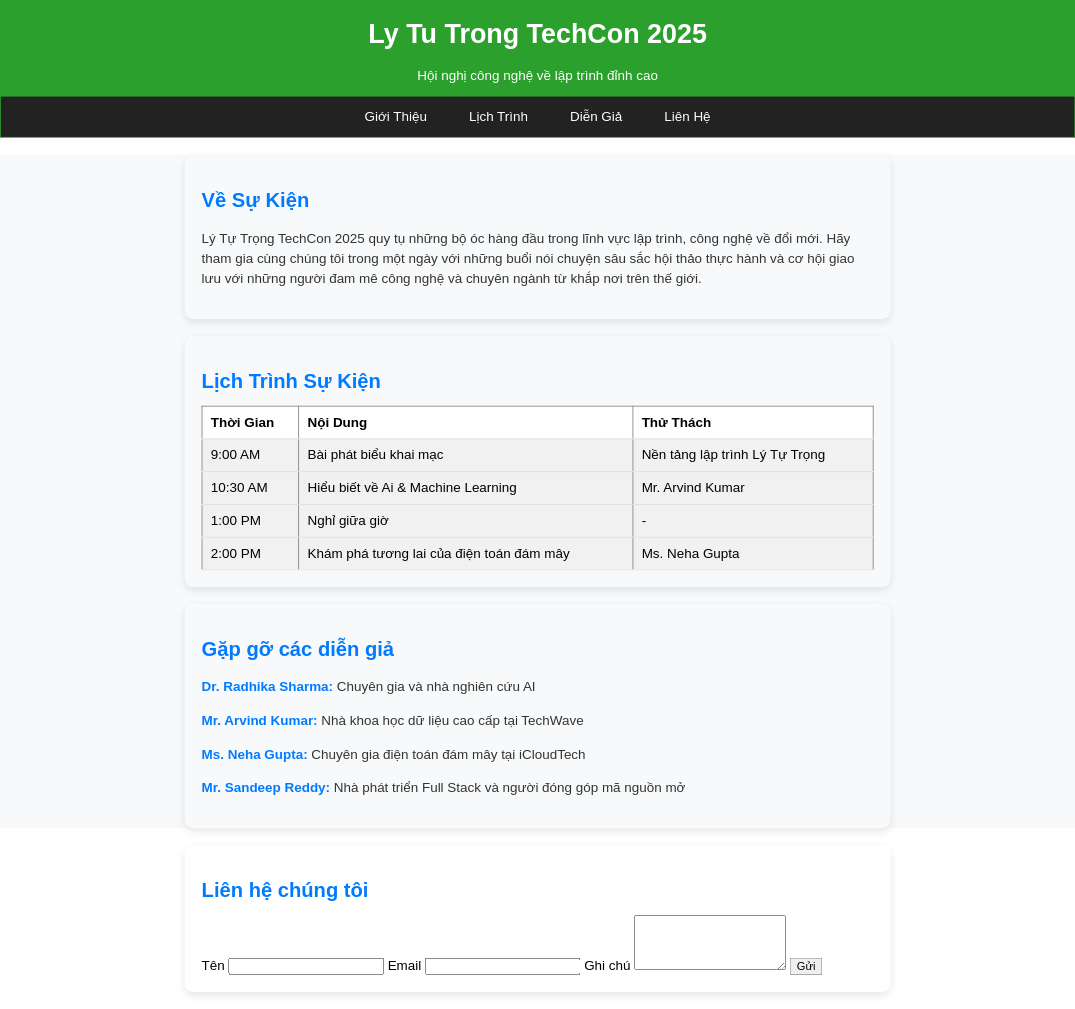
Repository: NhatMinh121/BaiTapVeNha1
Page: index.html
The author's editor kept a copy of each file at every save. The page is drawn from the files as they stood at one save, then again after the next save.
The browser window is 1280 px wide. The pictures show the whole page, at 84% of full size.

Above is the page before, as saved 2025-03-28 23:19:43.

### index.html
<!DOCTYPE html>
<html lang="en">

<head>
    <meta charset="UTF-8">
    <meta name="viewport" content="width=device-width, initial-scale=1.0">
    <title>Lý Tự Trọng TechCon 2025</title>
    <link rel="stylesheet" href="style.css">
</head>

<body>
    <header>
        <h1>Ly Tu Trong TechCon 2025</h1>
        <p>Hội nghị công nghệ về lập trình đỉnh cao</p>
        <div class="menu">
            <nav>
                <ul>
                    <li>Giới Thiệu</li>
                    <li>Lịch Trình</li>
                    <li>Diễn Giả</li>
                    <li>Liên Hệ</li>
                </ul>
            </nav>
        </div>

    </header>
    <main>
        <div class="main-event">
            <h2>Về Sự Kiện</h2>
            <p>Lý Tự Trọng TechCon 2025 quy tụ những bộ óc hàng đầu trong lĩnh vực lập trình, công nghệ về đổi mới. Hãy tham gia cùng chúng tôi trong một ngày với những buổi nói chuyện sâu sắc hội thảo thực hành và cơ hội giao lưu với những người đam mê
                công nghệ và chuyên ngành từ khắp nơi trên thế giới.</p>
        </div>
        <div class="main-schedule">
            <h2>Lịch Trình Sự Kiện</h2>
            <table border="1">
                <tr>
                    <td>Thời Gian</td>
                    <td>Nội Dung</td>
                    <td>Thử Thách</td>
                </tr>
                <tr>
                    <th>9:00 AM</th>
                    <th>Bài phát biểu khai mạc</th>
                    <th>Nền tảng lập trình Lý Tự Trọng</th>
                </tr>
                <tr>
                    <th>10:30 AM</th>
                    <th>Hiểu biết về Ai & Machine Learning</th>
                    <th>Mr. Arvind Kumar</th>
                </tr>
                <tr>
                    <th>1:00 PM</th>
                    <th>Nghỉ giữa giờ</th>
                    <th>-</th>
                </tr>
                <tr>
                    <th>2:00 PM</th>
                    <th>Khám phá tương lai của điện toán đám mây</th>
                    <th>Ms. Neha Gupta</th>
                </tr>
            </table>
        </div>
        <div class="Meeting">
            <h2>Gặp gỡ các diễn giả</h2>
            <p><strong>Dr. Radhika Sharma:</strong> Chuyên gia và nhà nghiên cứu AI</p>
            <p><strong>Mr. Arvind Kumar:</strong> Nhà khoa học dữ liệu cao cấp tại TechWave</p>
            <p><strong>Ms. Neha Gupta:</strong> Chuyên gia điện toán đám mây tại iCloudTech</p>
            <p><strong>Mr. Sandeep Reddy:</strong> Nhà phát triển Full Stack và người đóng góp mã nguồn mở</p>
        </div>
    </main>

    <footer>
        <div class="footer-contract">
            <h2>Liên hệ chúng tôi</h2>
            <form action="#" method="post">
                <label for="name">Tên</label>
                <input type="text" id="name" name="name" required>
                <label for="email">Email</label>
                <input type="email" id="email" name="email" required>
                <label for="message">Ghi chú</label>
                <textarea id="message" name="message" rows="4" required></textarea>
                <button type="submit" value="Gửi">Gửi</button>
            </form>
        </div>

    </footer>

</body>

### style.css
body {
    margin: 0;
    padding: 0;
    box-sizing: border-box;
    font-family: Arial, sans-serif;
}

header {
    background-color: #2ca02c;
    color: white;
    padding: 1px;
    text-align: center;
}

.menu {
    background-color: #222;
    padding: 10px 5px;
}

.menu ul {
    list-style: none;
    padding: 0;
    margin: 0;
    display: flex;
    justify-content: center;
    gap: 20px;
}

.menu ul li {
    color: white;
    text-decoration: none;
    font-size: 16px;
    cursor: pointer;
    padding: 5px 15px;
    transition: background 0.3s;
}

.menu ul li:hover {
    background-color: #444;
    border-radius: 5px;
}

main {
    background-color: #f8f9fa;
}

.main-event {
    padding: 20px;
    border-radius: 10px;
    box-shadow: 0px 4px 10px rgba(0, 0, 0, 0.1);
    max-width: 800px;
    margin: 20px auto;
}

.main-event h2 {
    color: #007bff;
    font-size: 24px;
    font-weight: bold;
}

.main-event p {
    font-size: 16px;
    line-height: 1.5;
    color: #333;
}

.main-schedule {
    padding: 20px;
    border-radius: 10px;
    box-shadow: 0px 4px 10px rgba(0, 0, 0, 0.1);
    max-width: 800px;
    margin: 20px auto;
}

.main-schedule h2 {
    color: #007bff;
    font-size: 24px;
    font-weight: bold;
    margin-bottom: 15px;
}

.main-schedule table {
    width: 100%;
    border-collapse: collapse;
    background-color: white;
}

th,
td {
    padding: 10px;
    text-align: left;
    border-bottom: 1px solid #ddd;
}

td {
    font-weight: bolder;
}

th {
    background-color: #f1f1f1;
    font-weight: normal;
}

tr:nth-child(even) {
    background-color: #f9f9f9;
}

tr:hover {
    background-color: #e2e6ea;
}

.Meeting {
    padding: 20px;
    border-radius: 10px;
    box-shadow: 0px 4px 10px rgba(0, 0, 0, 0.1);
    max-width: 800px;
    margin: 20px auto;
}

.Meeting h2 {
    color: #007bff;
    font-size: 24px;
    font-weight: bold;
}

.Meeting p {
    font-size: 16px;
    line-height: 1.5;
    color: #333;
}

.Meeting strong {
    color: #007bff;
}

.footer-contract {
    padding: 20px;
    border-radius: 10px;
    box-shadow: 0px 4px 10px rgba(0, 0, 0, 0.1);
    max-width: 800px;
    margin: 20px auto;
}

.footer-contract h2 {
    color: #007bff;
    font-size: 24px;
    font-weight: bold;
    margin-bottom: 15px;
}

After the next save:
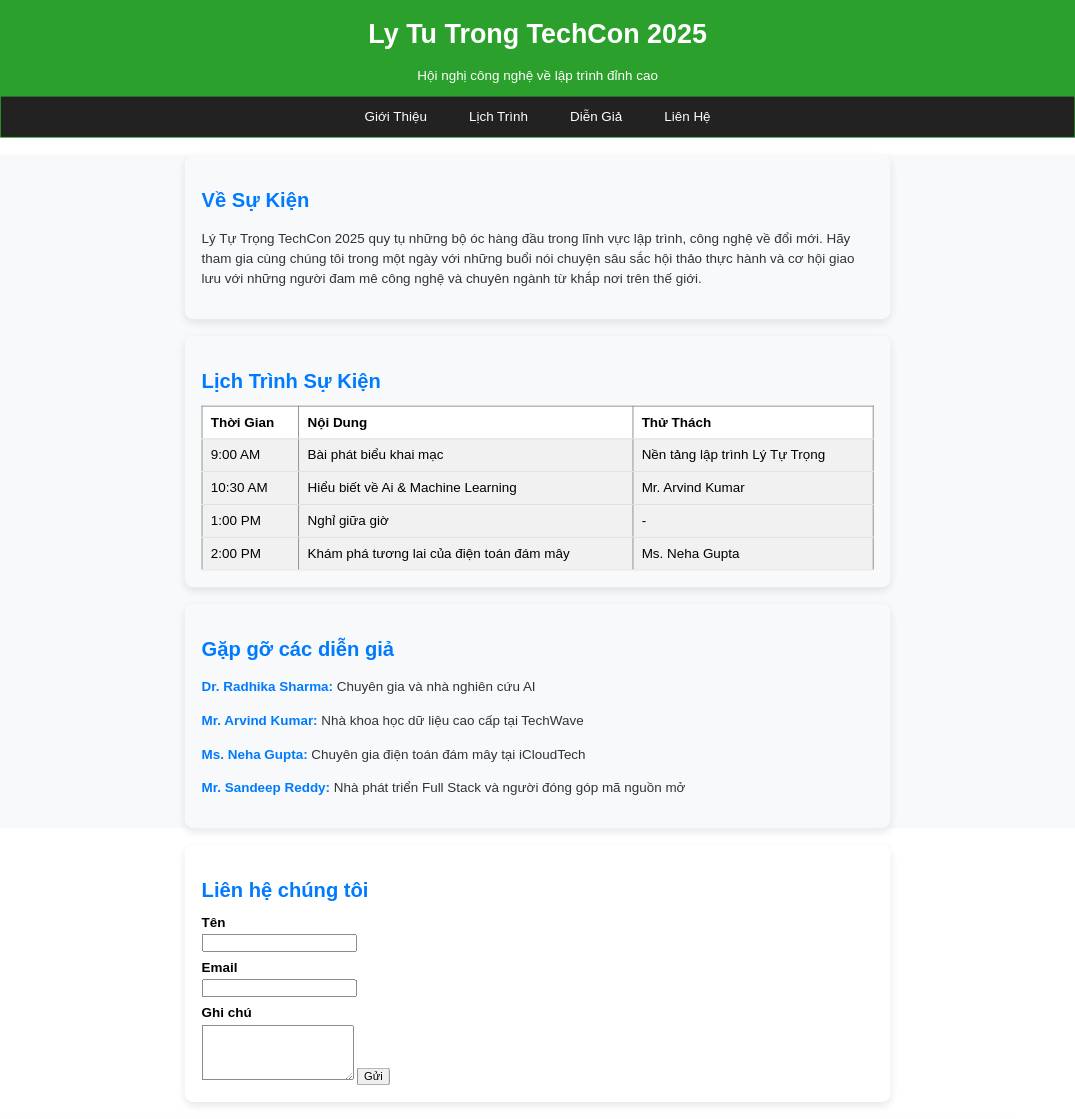
Saved 12 s later.
--- a/style.css
+++ b/style.css
@@ -147,3 +147,9 @@ tr:hover {
     font-weight: bold;
     margin-bottom: 15px;
 }
+
+.footer-contract label {
+    font-weight: bold;
+    display: block;
+    margin: 10px 0 5px;
+}
